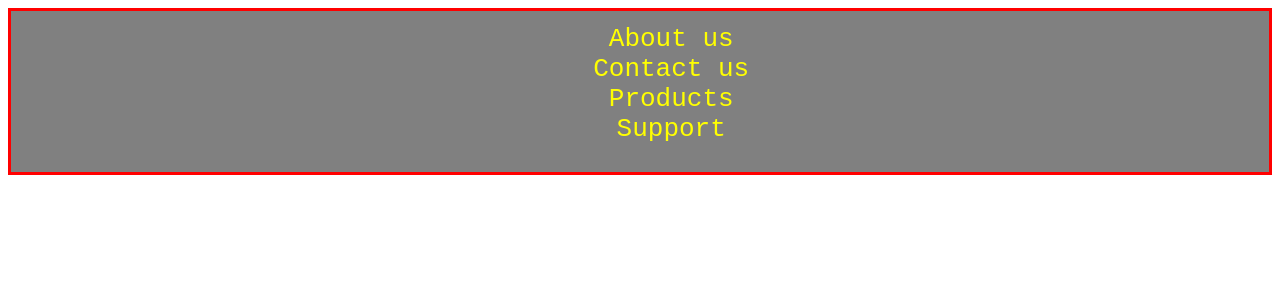
Repository: SrikanthGadde/MaGE-JavaFS
Page: Week-1/Sept1/HTML&CSS/WebContent/Test.html
The author's editor kept a copy of each file at every save. The page is drawn from the files as they stood at one save, then again after the next save.
The browser window is 1280 px wide. The pictures show the whole page.

Above is the page before, as saved 2020-09-01 07:32:28.

### Week-1/Sept1/HTML&CSS/WebContent/Test.html
<!DOCTYPE html>
<html>
<head>
<!-- <meta charset="ISO-8859-1"> -->
<title>Insert title here</title>
 <!-- Property: Value-->
<style>
	a:hover {
  /*background-color: yellow;*/
  color: blue
}
	a{
		/*background-color: orange;*/
		color: yellow;
		font-size: xx-large;
		text-align:center
	}
	div{
	border:solid 3px red;
	background-color: gray;
	text-align: center;
	align-items: center;
	}
</style>
</head>
<body>
<div>
	<pre>
	<a>About us</a>
	<a>Contact us</a>
	<a>Products</a>
	<a>Support</a>
	</pre>
</div>
</body>
</html>

After the next save:
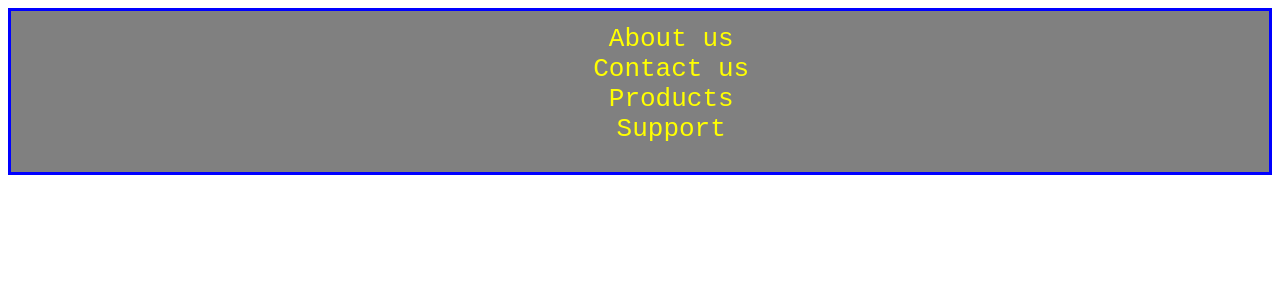
Saved 25 s later.
--- a/Week-1/Sept1/HTML&CSS/WebContent/Test.html
+++ b/Week-1/Sept1/HTML&CSS/WebContent/Test.html
@@ -16,7 +16,7 @@
 		text-align:center
 	}
 	div{
-	border:solid 3px red;
+	border:solid 3px blue;
 	background-color: gray;
 	text-align: center;
 	align-items: center;
